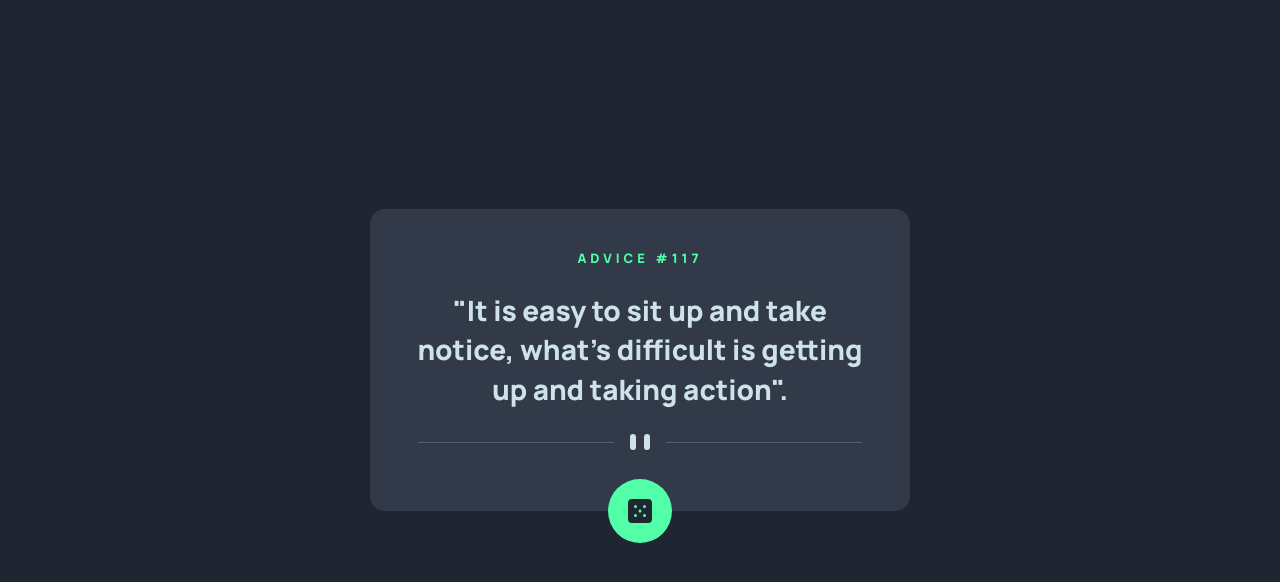
Repository: Daki-builds/advice-generator-app
Page: index.html
These files come from the project's save history. The page is drawn as it stood at one moment and after the next save; the edit follows.
The browser window is 1280 px wide. The pictures show the whole page.

Above is the page before, as saved 2026-10-08 19:56:44.

After the next save:
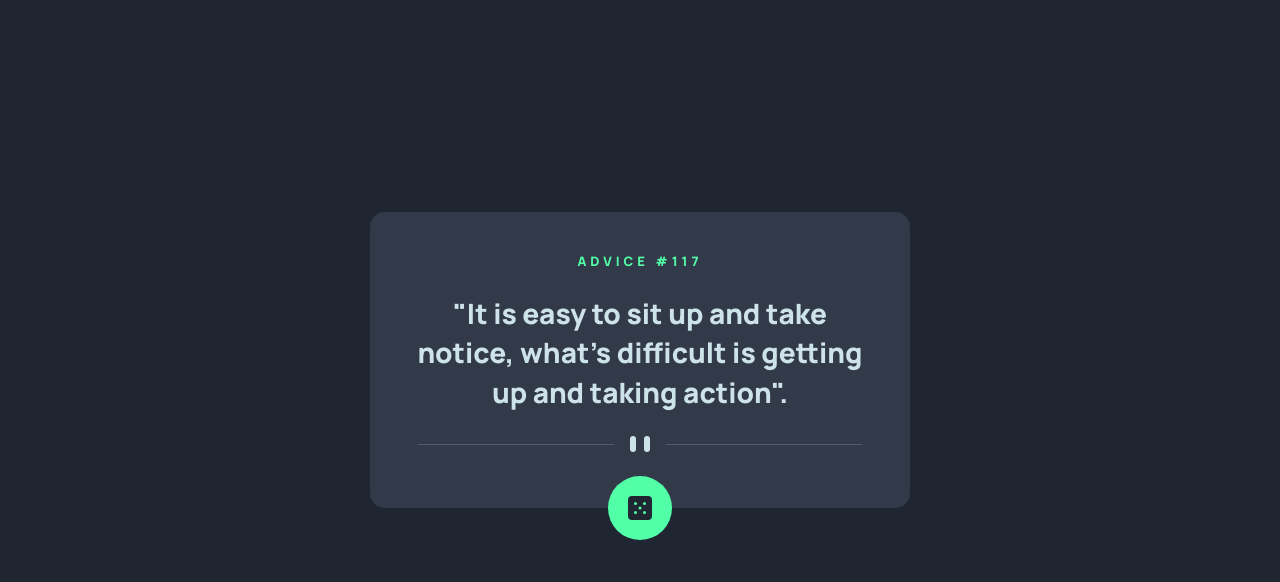
Saved 15 s later.
--- a/style.css
+++ b/style.css
@@ -56,9 +56,10 @@
   color: var(--blue-200);
 }
 
-/* .img-divider img {
+.img-divider img {
   width: 100%;
-} */
+  display: block;
+}
 
 button {
   position: absolute;

After the save that followed:
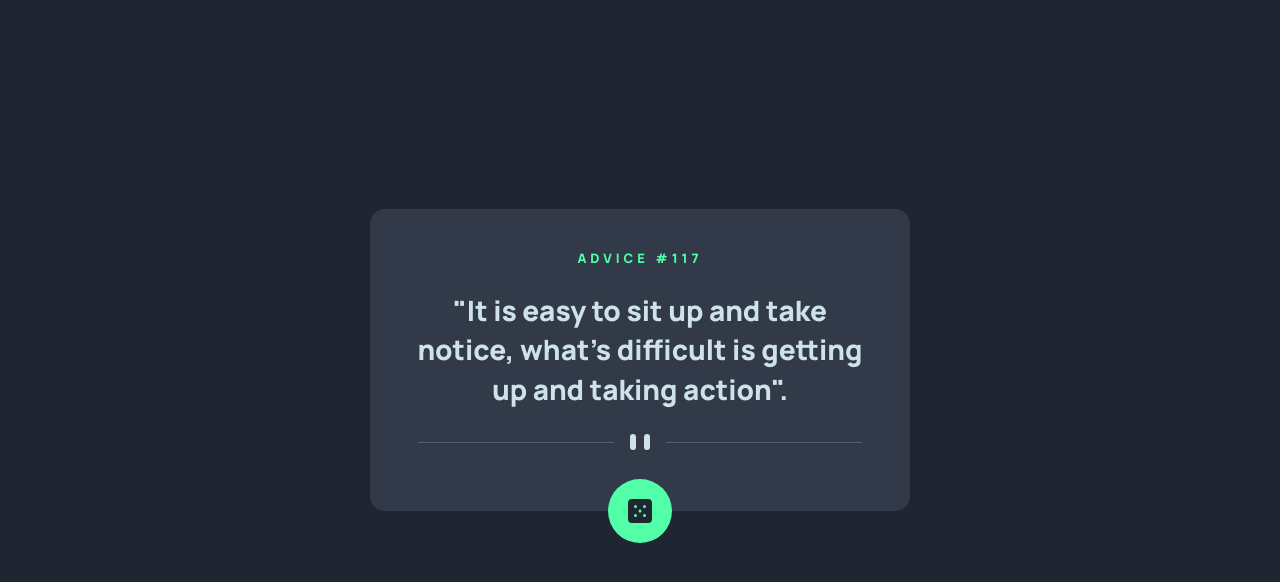
Saved 15 s later.
--- a/style.css
+++ b/style.css
@@ -58,7 +58,6 @@
 
 .img-divider img {
   width: 100%;
-  display: block;
 }
 
 button {
